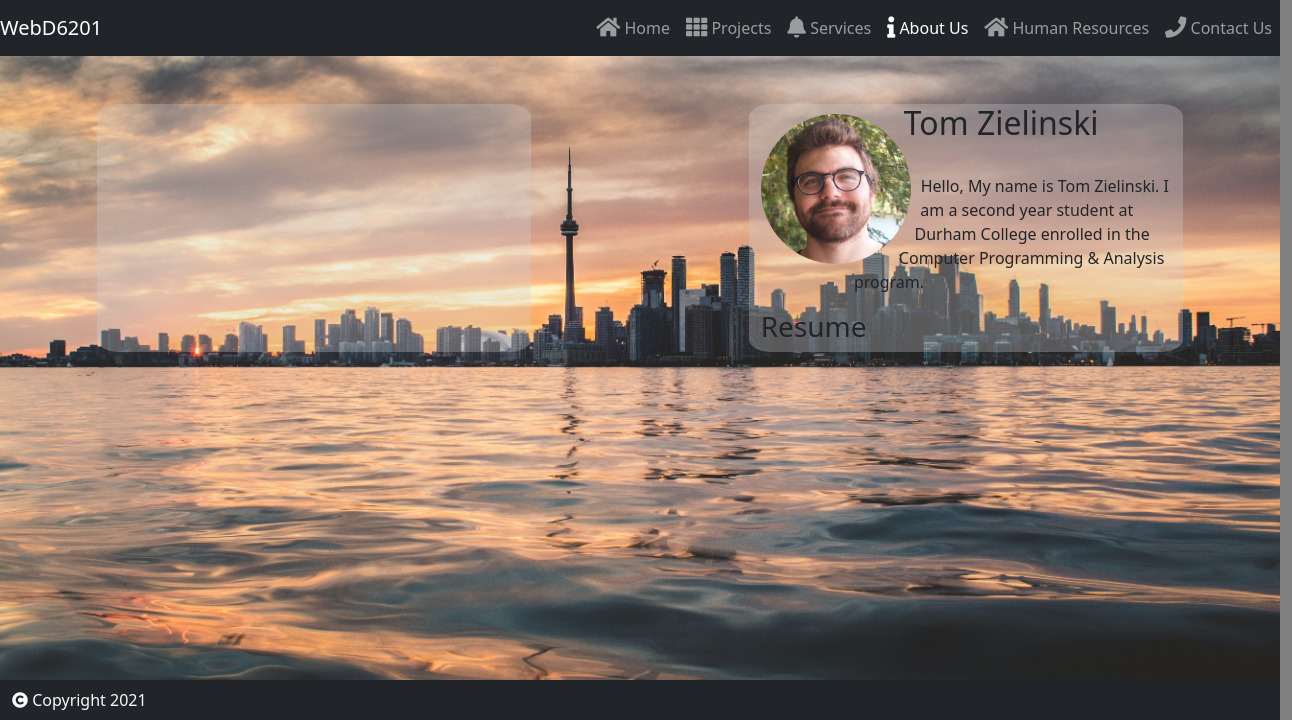
Repository: Tomelinski/Webd6201-Lab02
Page: about.html
These files come from the project's save history. The page is drawn as it stood at one moment and after the next save; the edit follows.
The browser window is 1280 px wide. The page is 1292 px wide, so the pictures cover 1292 px, including what lies to the right of the window. The pictures show the whole page.

Above is the page before, as saved 2021-02-05 18:35:52.

After the next save:
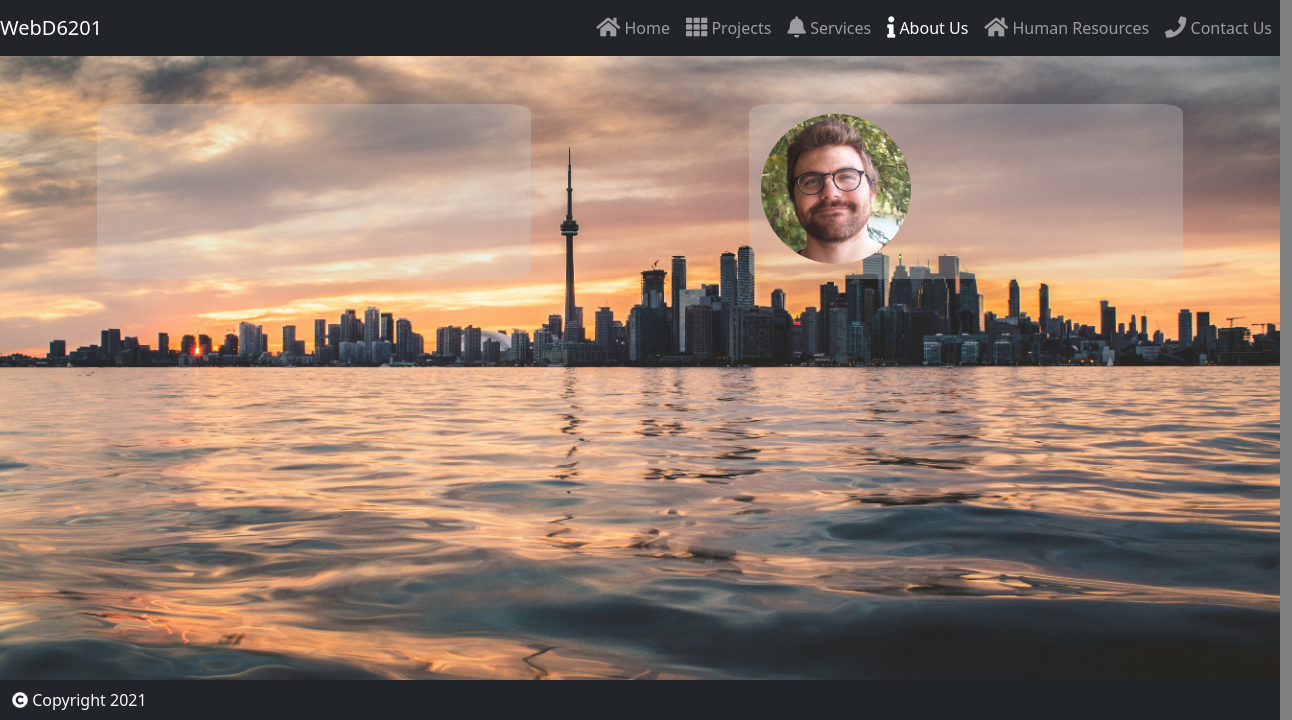
Console error: ReferenceError: tomHeading is not defined
Saved 50 s later.
--- a/Scripts/app.js
+++ b/Scripts/app.js
@@ -68,8 +68,8 @@
         // Declarations
         let aboutTomDiv = document.getElementById("about-tom");
 
-        let tomHeading = document.createElement("h2");
-        tomHeading.textContent = "Tom Zielinski";
+        let aboutHeading = document.createElement("h2");
+        aboutHeading.textContent = "Tom Zielinski";
 
         let resumeHeading = document.createElement("h3");
         resumeHeading.textContent = "Resume"

After the 2 saves that followed:
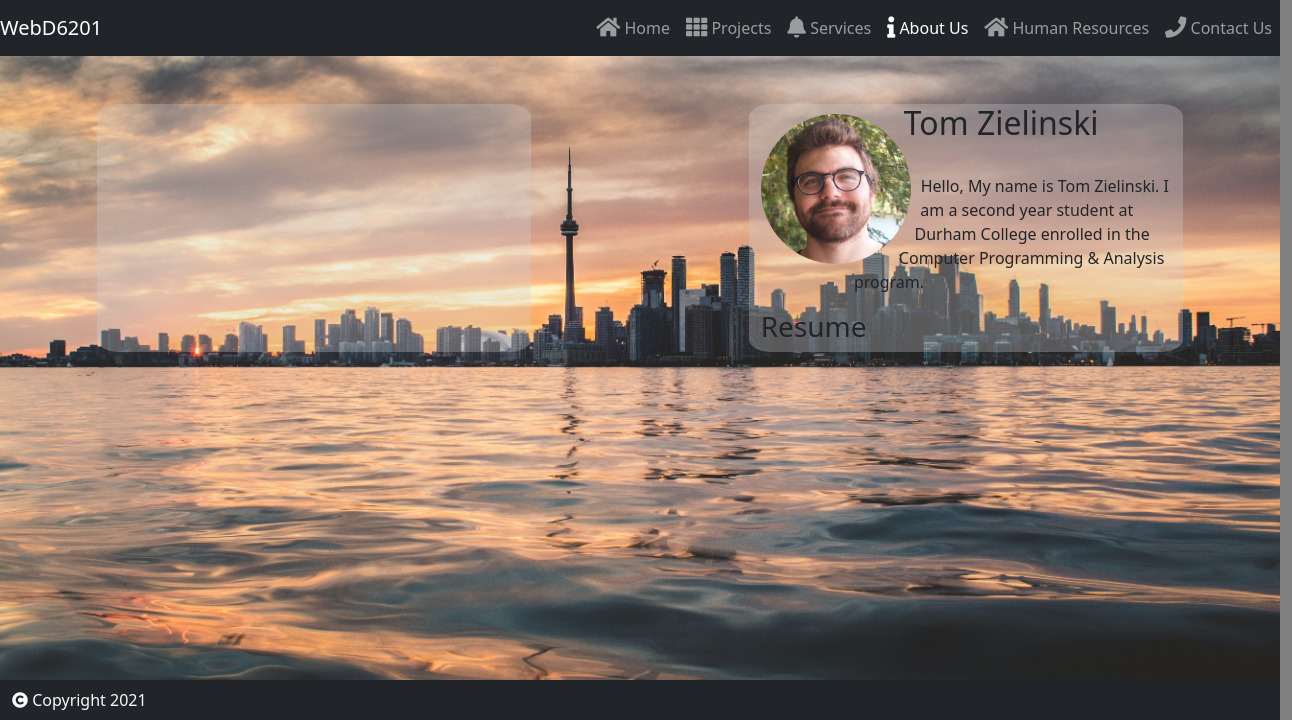
The error is gone.
The 2 saves are shown as one change because they came seconds apart.
The last was saved 14 s later.
--- a/Scripts/app.js
+++ b/Scripts/app.js
@@ -85,7 +85,7 @@
         aboutTom.innerHTML = `</br><p>Hello, My name is Tom Zielinski. I am a second year student at Durham College enrolled in the Computer Programming & Analysis program.</p>`;
 
         aboutTomDiv.appendChild(pic);
-        aboutTomDiv.appendChild(tomHeading);
+        aboutTomDiv.appendChild(aboutHeading);
         aboutTomDiv.appendChild(aboutTom);
         aboutTomDiv.appendChild(resumeHeading);
 
